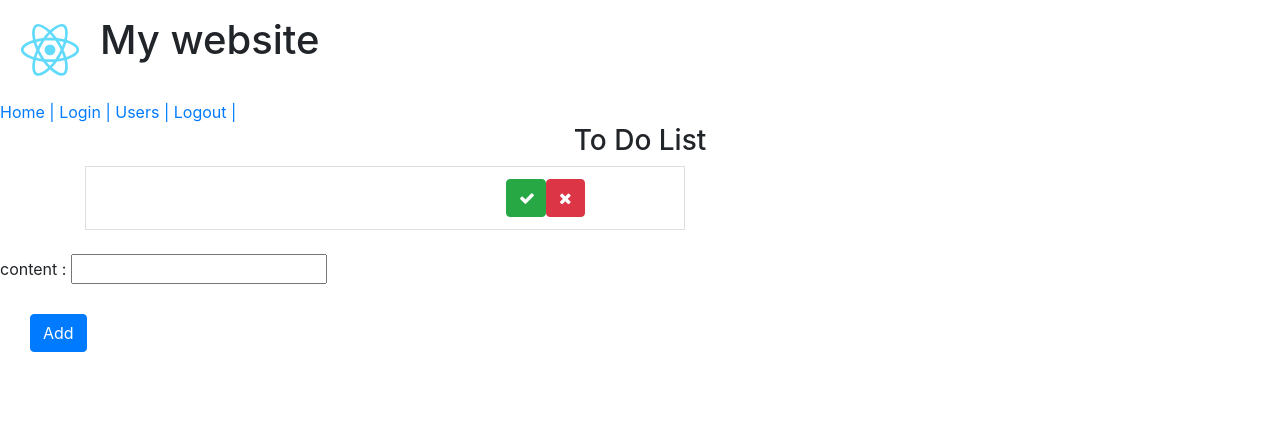
Repository: Marwa-Medhat/ReactJS-Labs
Page: / (app in myapp/), after clicking the first element matching `button.btn`
The author's editor kept a copy of each file at every save. The page is drawn from the files as they stood at one save, then again after the next save.
The browser window is 1280 px wide. The pictures show the whole page.
The project was rebuilt for these pictures with package versions that can differ from the ones it lists, and the page was loaded fresh each time.

Above is the page before, as saved 2021-04-28 21:17:38.

After the next save:
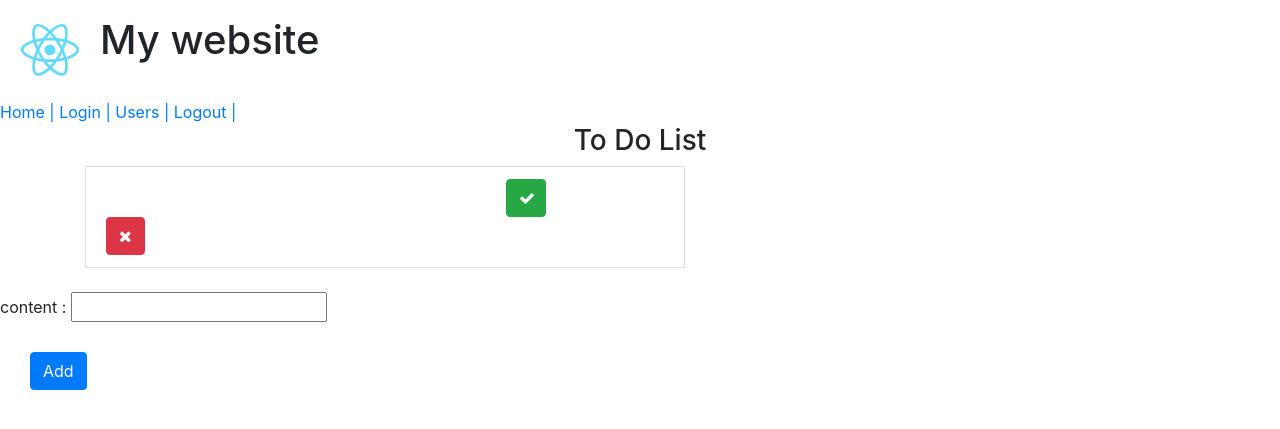
Saved 34 s later.
--- a/myapp/src/todo.js
+++ b/myapp/src/todo.js
@@ -92,7 +92,7 @@ class DisplayTask extends React.Component{
         return <div>
     <a href="#" class="list-group-item list-group-item-action " style={{width:600 ,fontWeight:'bolder',marginRight:50,}}>{this.props.content.content}
     <button  className="btn btn-success" style={{ marginLeft: 400 ,paddingRight:10}}><i className="fa fa-check "></i></button>
-    <button className="btn btn-danger" ><i className="fa fa-times btn-danger" ></i></button></a>
+    <button className="btn btn-danger"style={{ marginRight: 400}} ><i className="fa fa-times btn-danger" ></i></button></a>
 
     </div>
     }
